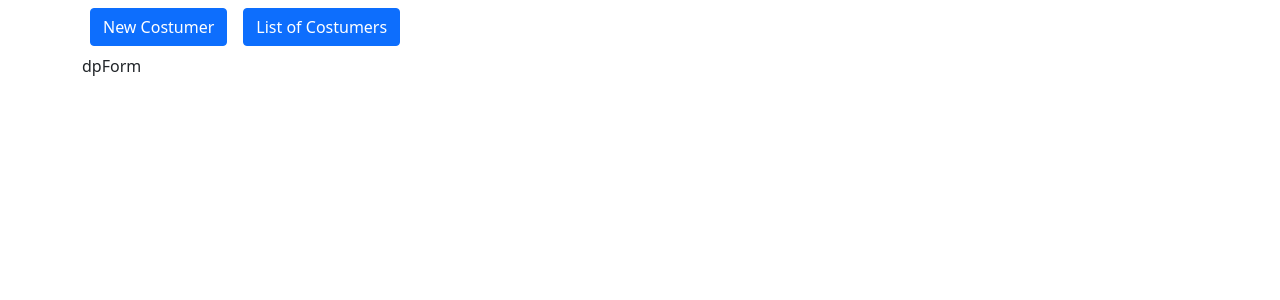
Repository: Sanjayjangra88/combo_app
Page: /, after clicking the first element matching `button.btn`
The author's editor kept a copy of each file at every save. The page is drawn from the files as they stood at one save, then again after the next save.
The browser window is 1280 px wide. The pictures show the whole page.
Some web libraries are served in a nearby version. The project was rebuilt for these pictures with package versions that can differ from the ones it lists, and the page was loaded fresh each time. Also part of the build but not shown: src/App.js.

Above is the page before, as saved 2022-06-03 16:58:13.

After the next save:
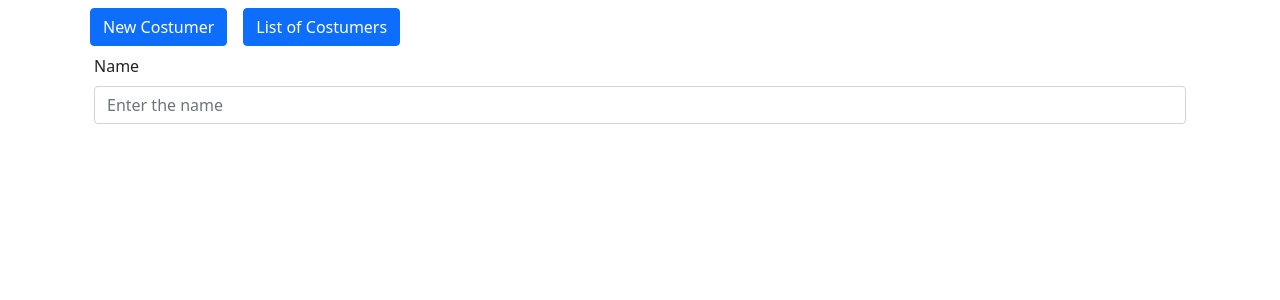
Saved 68 s later.
--- a/src/Components/dpForm.jsx
+++ b/src/Components/dpForm.jsx
@@ -3,7 +3,12 @@ import React, { Component } from 'react'
 export class dpForm extends Component {
   render() {
     return (
-      <div>dpForm</div>
+      <div className='container'>
+           <div className="form-group">
+                    <label>Name</label>
+                    <input type="text"className="form-control"name="name"id="name"placeholder='Enter the name'value={name}onChange={this.handelChange} />
+                </div>
+      </div>
     )
   }
 }
